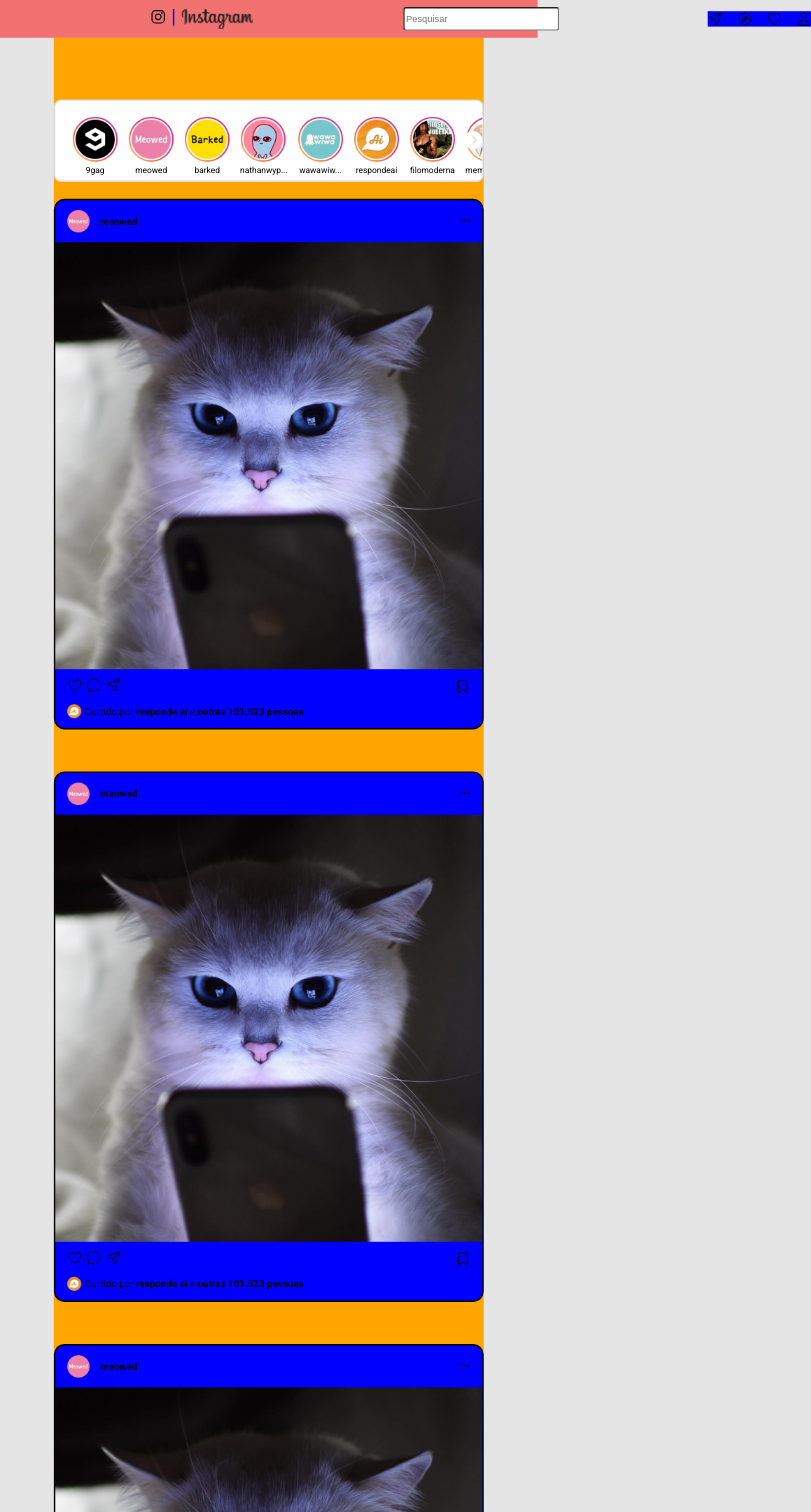
Repository: Zezinoo/proj-2-instagram-clone
Page: index.html
These files come from the project's save history. The page is drawn as it stood at one moment and after the next save; the edit follows.
The browser window is 768 px wide. The page is 1159 px wide, so the pictures cover 1159 px, including what lies to the right of the window. The pictures show the part of the page from y = 0 to 2160 px (the page is 2738 px tall), at 70% of full size.
Some web libraries are served in a nearby version.

Above is the page before, as saved 2022-06-05 03:31:09.

### index.html
<!DOCTYPE html>
<html lang="en">
<head>
    <meta charset="UTF-8">
    <meta http-equiv="X-UA-Compatible" content="IE=edge">
    <meta name="viewport" content="width=device-width, initial-scale=1.0">
    <link rel="stylesheet" href="reset.css">
    <link rel="stylesheet" href="style.css">
    <link rel="preconnect" href="https://fonts.googleapis.com">
    <link rel="preconnect" href="https://fonts.gstatic.com" crossorigin>
    <link href="https://fonts.googleapis.com/css2?family=Encode+Sans:wght@100;200;300;400;500;600;700&family=Roboto:ital,wght@0,100;0,300;0,400;0,500;0,700;1,100;1,300;1,400;1,500&display=swap" rel="stylesheet">
    <title>Instagram</title>
</head>
<body>
<div class="top">
    <div class = "align-top">
        <div class = "logo">
            <ion-icon name="logo-instagram" style="font-size:22px"></ion-icon>
        <div class="vertical-line"></div>
            <img src="./imgs/logo 1.svg" alt="">
    </div>
        <div class="search-bar">
            <input type="text" placeholder="Pesquisar">
        </div>
    <div class="top-icons">
        <ion-icon name="paper-plane-outline"></ion-icon>
        <ion-icon name="compass-outline"></ion-icon>
        <ion-icon name="heart-outline"></ion-icon>
        <ion-icon name="person-outline"></ion-icon>
    </div>
    </div>
</div>
<div class="feed">
    <div class="content">
        <div class="stories">
            <div class="story">
                <img src="./imgs/stories_background 3.png" alt="">
                <div class="user-logo">
                    <img src="./imgs/9gag 1.png" alt="">
                </div>
                <div class="user-name">
                    9gag
                </div>
            </div>
            <div class="story">
                <img src="./imgs/stories_background 3.png" alt="">
                <div class="user-logo">
                    <img src="./imgs/meowed 1.png" alt="">
                </div>
                <div class="user-name">
                    meowed
                </div>
            </div>
            <div class="story">
                <img src="./imgs/stories_background 3.png" alt="">
                <div class="user-logo">
                    <img src="./imgs/barked 1.png" alt="">
                </div>
                <div class="user-name">
                    barked
                </div>
            </div>
            <div class="story">
                <img src="./imgs/stories_background 3.png" alt="">
                <div class="user-logo">
                    <img src="./imgs/nathanwpylestrangeplanet 1.png" alt="">
                </div>
                <div class="user-name">
                    nathanwyp...
                </div>
            </div>
            <div class="story">
                <img src="./imgs/stories_background 3.png" alt="">
                <div class="user-logo">
                    <img src="./imgs/wawawiwacomicsa 1.png" alt="">
                </div>
                <div class="user-name">
                    wawawiw...
                </div>
            </div>
            <div class="story">
                <img src="./imgs/stories_background 3.png" alt="">
                <div class="user-logo">
                    <img src="./imgs/respondeai 1.png" alt="">
                </div>
                <div class="user-name">
                    respondeai
                </div>
            </div>
            <div class="story">
                <img src="./imgs/stories_background 3.png" alt="">
                <div class="user-logo">
                    <img src="./imgs/filomoderna 1.png" alt="">
                </div>
                <div class="user-name">
                    filomoderna
                </div>
            </div>
            <div class="story">
                <img src="./imgs/stories_background 3.png" alt="">
                <div class="user-logo">
                    <img src="./imgs/memeriagourmet 1.png" alt="">
                </div>
                <div class="user-name">
                    memeriagourmet
                </div>
                <div class="arrow">
                    <ion-icon name="chevron-forward-circle"></ion-icon>
                </div>
            </div>
        </div>
        <div class="post">
            <div class="info">
                <div class="op">
                    <img src="./imgs/meowed 2.png" alt="">
                    <div class="op-name">
                    meowed
                    </div>
                </div>
                <div class="dots">
                    <ion-icon name="ellipsis-horizontal"></ion-icon>
                </div>
            </div>
            <img src="./imgs/gato-telefone 1.png" alt="">
            <div class="bottom">
                <div class="post-icons">
                    <div class="left-icons">
                        <ion-icon name="heart-outline"></ion-icon>
                        <ion-icon name="chatbubble-outline"></ion-icon>
                        <ion-icon name="paper-plane-outline"></ion-icon>
                    </div>
                    <ion-icon name="bookmark-outline"></ion-icon>
                </div>
                <div class="comments">
                    <div class="follow-image">
                        <img src="./imgs/respondeai 2.png" alt="">
                    </div>
                    <div class="comment-message">
                        <p>Curtido por <strong>responde ai</strong> e <strong>outras 101.523 pessoas</strong></p>
                    </div>
                </div>
            </div>
        </div>
        <div class="post">
            <div class="info">
                <div class="op">
                    <img src="./imgs/meowed 2.png" alt="">
                    <div class="op-name">
                    meowed
                    </div>
                </div>
                <div class="dots">
                    <ion-icon name="ellipsis-horizontal"></ion-icon>
                </div>
            </div>
            <img src="./imgs/gato-telefone 1.png" alt="">
            <div class="bottom">
                <div class="post-icons">
                    <div class="left-icons">
                        <ion-icon name="heart-outline"></ion-icon>
                        <ion-icon name="chatbubble-outline"></ion-icon>
                        <ion-icon name="paper-plane-outline"></ion-icon>
                    </div>
                    <ion-icon name="bookmark-outline"></ion-icon>
                </div>
                <div class="comments">
                    <div class="follow-image">
                        <img src="./imgs/respondeai 2.png" alt="">
                    </div>
                    <div class="comment-message">
                        <p>Curtido por <strong>responde ai</strong> e <strong>outras 101.523 pessoas</strong></p>
                    </div>
                </div>
            </div>
        </div>
        <div class="post">
            <div class="info">
                <div class="op">
                    <img src="./imgs/meowed 2.png" alt="">
                    <div class="op-name">
                    meowed
                    </div>
                </div>
                <div class="dots">
                    <ion-icon name="ellipsis-horizontal"></ion-icon>
                </div>
            </div>
            <img src="./imgs/gato-telefone 1.png" alt="">
            <div class="bottom">
                <div class="post-icons">
                    <div class="left-icons">
                        <ion-icon name="heart-outline"></ion-icon>
                        <ion-icon name="chatbubble-outline"></ion-icon>
                        <ion-icon name="paper-plane-outline"></ion-icon>
                    </div>
                    <ion-icon name="bookmark-outline"></ion-icon>
                </div>
                <div class="comments">
                    <div class="follow-image">
                        <img src="./imgs/respondeai 2.png" alt="">
                    </div>
                    <div class="comment-message">
                        <p>Curtido por <strong>responde ai</strong> e <strong>outras 101.523 pessoas</strong></p>
                    </div>
                </div>
            </div>
        </div>
    </div>
    <div class="sidebar">
        <div class="user">
            <img src="./imgs/catanacomics 1.png" alt="">
            <div class="user-info">
                <div class="username">
                    catanacomics
                </div>
                <div class="name">
                    Catana
                </div>
            </div>
        </div>
        <div class="suggestion-text">
            <div class="recommended">
                Sugestões para voce
            </div>
            <div class="for-you">
                Ver tudo
            </div>
        </div>
        <div class="suggestion">
            <div class="suggestion-user">
                <img src="./imgs/badvibesmemes 1.png" alt="">
                <div class="user-info">
                    <div class="username">
                        bad.vibes.memes
                    </div>
                    <div class="name">
                        Segue você
                    </div>
                </div>
            </div>
            <div class="follow">
                Seguir
            </div>
        </div>
        <div class="suggestion">
            <div class="suggestion-user">
                <img src="./imgs/badvibesmemes 1.png" alt="">
                <div class="user-info">
                    <div class="username">
                        bad.vibes.memes
                    </div>
                    <div class="name">
                        Segue você
                    </div>
                </div>
            </div>
            <div class="follow">
                Seguir
            </div>
        </div>
        <div class="suggestion">
            <div class="suggestion-user">
                <img src="./imgs/badvibesmemes 1.png" alt="">
                <div class="user-info">
                    <div class="username">
                        bad.vibes.memes
                    </div>
                    <div class="name">
                        Segue você
                    </div>
                </div>
            </div>
            <div class="follow">
                Seguir
            </div>
        </div>
        <div class="suggestion">
            <div class="suggestion-user">
                <img src="./imgs/badvibesmemes 1.png" alt="">
                <div class="user-info">
                    <div class="username">
                        bad.vibes.memes
                    </div>
                    <div class="name">
                        Segue você
                    </div>
                </div>
            </div>
            <div class="follow">
                Seguir
            </div>
        </div>
        <div class="suggestion">
            <div class="suggestion-user">
                <img src="./imgs/badvibesmemes 1.png" alt="">
                <div class="user-info">
                    <div class="username">
                        bad.vibes.memes
                    </div>
                    <div class="name">
                        Segue você
                    </div>
                </div>
            </div>
            <div class="follow">
                Seguir
            </div>
        </div>
        <div class="help-text">
            <p>Sobre • Ajuda • Imprensa • API • Carreiras • Privacidade •
                Termos • Localizações • Contas mais relevantes • Hashtags •
                Idioma</p>
        </div>
        <div class="trademark">
            <p>© 2021 INSTAGRAM DO FACEBOOK</p>
        </div>
    </div>
</div>
<script src="https://unpkg.com/ionicons@5.4.0/dist/ionicons.js"></script>

</body>
</html>

### style.css

body{
    background-color: #e5e5e5;
    display: flex;
    flex-direction: column;
    align-items: center;
    justify-content: center;
    font-family: 'Roboto', sans-serif;
}


.top {
    width: 100%;
    height: 54px;
    display: flex;
    flex-direction: row;
    justify-content: space-around;
    align-items: center;
    background-color: rgba(255, 0, 0, 0.5);
    position: relative;
    z-index: 1;
}

.align-top{
    display: flex;
    flex-direction: row;
    align-items: center;
    justify-content: space-between;
    position: absolute;
    left: 215px;
    z-index: 1;
}

.logo{
    display: flex;
    position: relative;
    align-items: flex-start;
    width: 100%;
    margin-right: 214px;
}

.vertical-line{
    height: 22px;
    margin: 0 10px;
    border: blue 1px solid;
}

.search-bar{
    margin-right: 212px;
}

.search-bar input{
    height: 28px;
    width: 215px;
    border-radius: 4px;
}

.top-icons{
    width: 100%;
    display: flex;
    flex-direction:row;
    justify-content:space-between;
    background-color:blue;
}

.top-icons ion-icon{
    font-size: 22px;
    margin-right: 20px;
}
.top-icons ion-icon:nth-child(4){
    margin-right: 0px;
}

.feed {
    display: flex;
    flex-direction: row;
    position: absolute;
    top: 54px;
    left: 215px;
}


.content{
    display: flex;
    flex-direction: column;
    background-color: orange;
}

strong{
    font-weight: bold;
}

.stories{
    margin-top: 88px;
    margin-bottom: 24px;
    width: 614px;
    height:118px;
    display: flex;
    flex-direction: row;
    align-items: center;
    position: relative;
    justify-content: flex-start;
    background-color: #FFFFFF;
    overflow: hidden;
    border-radius: 10px;
    border: 2px solid #DBDBDB;
    box-sizing: border-box;
}
.stories .story:nth-child(1){
    margin-left:24px;
}

.story{
    display: flex;
    flex-direction: column;
    justify-content: center;
    margin-right: 14px;
    margin-top: 20px;
    position: relative;
}

.story img{
    width: 66px;
    height: 66px;
}

.story .user-logo{
    display: flex;
    position: absolute;
    top: 5px;
    left: 5px;
    z-index: 1;
}

.story .user-name{
    margin-top: 5px;
    display: flex;
    justify-content: center;
    height: 19px;
    font-size: 12px;
}

.user-logo img{
    width: 56px;
    height: 56px;
}

.arrow {
    position: absolute;
    top: 18px;
    left: -5px;
    font-size: 32px;
    z-index: 3;
    color: #FFFFFF ;
    text-shadow: 60px -16px green;
}

.post{
    background-color: blue;
    display: flex;
    flex-direction: column;
    width: 614px;
    border: 2px solid ;
    border-radius: 15px;
    box-sizing: border-box;
    margin-bottom: 60px;

}

.post .info {
    height: 60px;
    display: flex;
    align-items: center;
    justify-content: space-between;
}

.post .info .op{
    display: flex;
    flex-direction: row;
    box-sizing: border-box;
    margin-left: 17px;
    justify-content: space-evenly;
    align-items: center;
}

.op .op-name{
    margin-left: 15px;
    font-weight: bold;
    font-size: 14px;
}

.info .dots{
    margin-right: 17px;
    font-size: 16px;
}

.post .bottom{
    margin: 0 17px;
    margin-top: 10px;
}

.bottom .post-icons{
    height: 30px;
    font-size: 22px;
    display: flex;
    justify-content: space-between;
    align-items: center;
}

.post-icons .left-icons{
    margin-right: 14px;
}

.bottom .comments{
    display: flex;
    align-items: center;
    margin-top: 10px;
    margin-bottom: 14px;
}
.comments .follow-image{
    height: 20px;
    width: 20px;
    margin-right: 5px;
}
.follow-image img{
    width: 100%;
    height: 100%;
}

.comments .comment-message{
    font-size: 14px;
}

.sidebar{
    background-color: green;
    margin-left: 38px;
    width: 293px;
    height: 100%;
    box-sizing: border-box;
}

.sidebar .user{
    height: 56px;
    display: flex;
    align-items: center;
    margin-bottom: 24px;
}

.user .user-info{
    margin-left: 17px;
    display: flex;
    flex-direction: column;
    font-size: 14px;
}
.user-info .username{
    font-weight: bold;
}

.user-info .name{
    color: #8E8E8E;
}

.sidebar .suggestion-text{
    display: flex;
    justify-content: space-between;
    margin-bottom: 17px;
    font-size: 12px;
}

.suggestion-text .recommended{
    color: #8E8E8E;
}

.suggestion-text .for-you{
    font-weight: bold;
}

.sidebar .suggestion{
    display: flex;
    justify-content: space-between;
    align-items: center;
    margin-bottom: 16px;
}
.suggestion-user{
    display: flex;
    align-items: center;
}

.suggestion-user .user-info{
    margin-left: 17px;
    display: flex;
    flex-direction: column;
    font-size: 12px;
}
.user-info .username{
    font-weight: bold;
}

.user-info .name{
    color: #8E8E8E;
}

.suggestion .follow {
    font-size: 12px;
    color: #139EF2;
}

.suggestion:nth-child(7){
    margin-bottom: 0px;
}

.sidebar .help-text{
    margin-top: 33px;
    margin-bottom: 18px;
    font-size: 11px;
    color: #C7C7C7;
}

.sidebar .trademark{
    font-size: 11px;
    color: #C7C7C7;
}

@media(max-width:935px){
    .sidebar{
        display: none;
    }
    .feed{
        position: static;
        margin: 0 auto;
    }
}

/*fix top*/

Loaded but not shown: reset.css (common file)

After the next save:
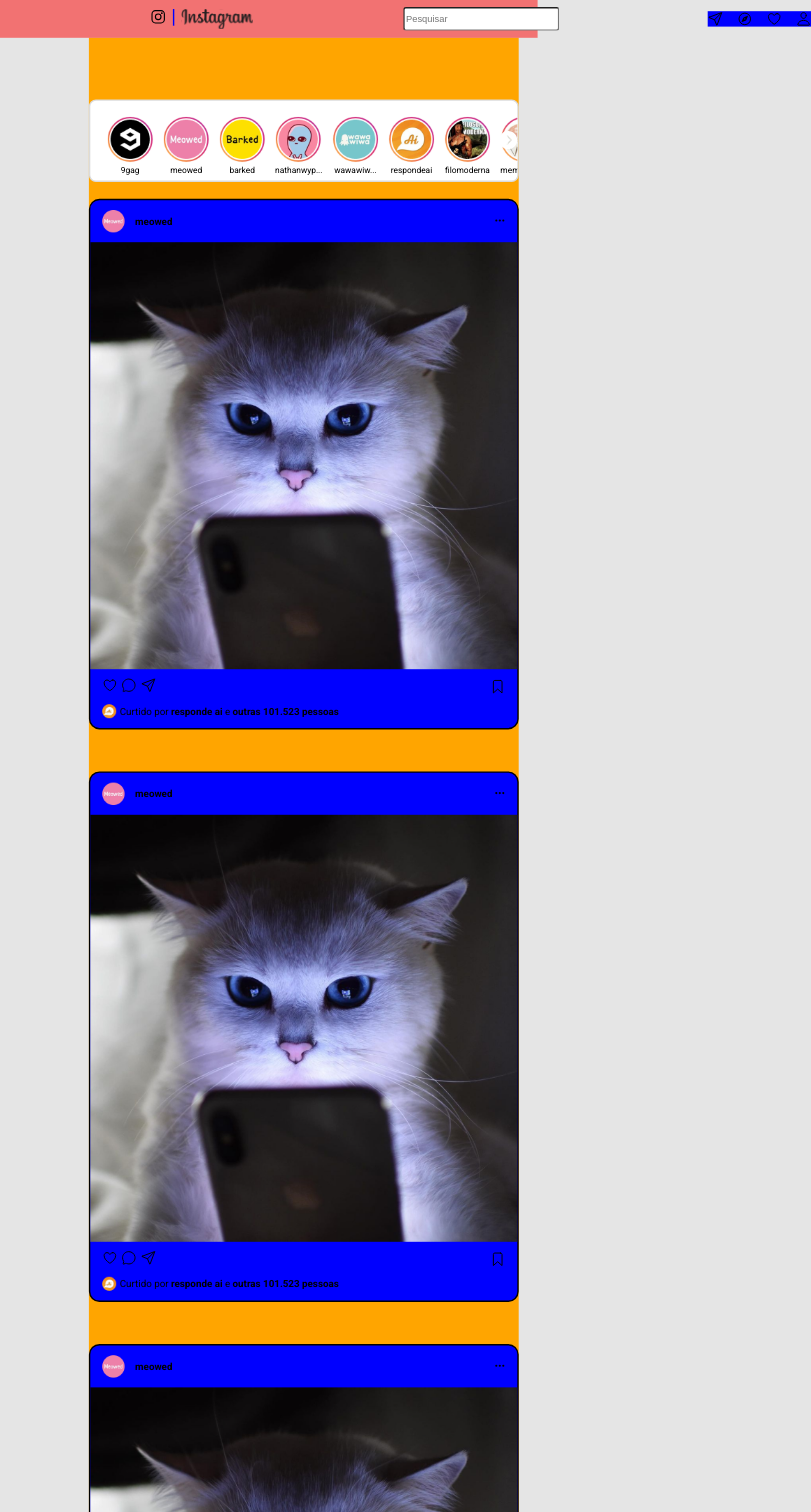
Saved 12 s later.
--- a/style.css
+++ b/style.css
@@ -327,7 +327,7 @@
     }
     .feed{
         position: static;
-        margin: 0 auto;
+        margin-left: 100px;
     }
 }
 
